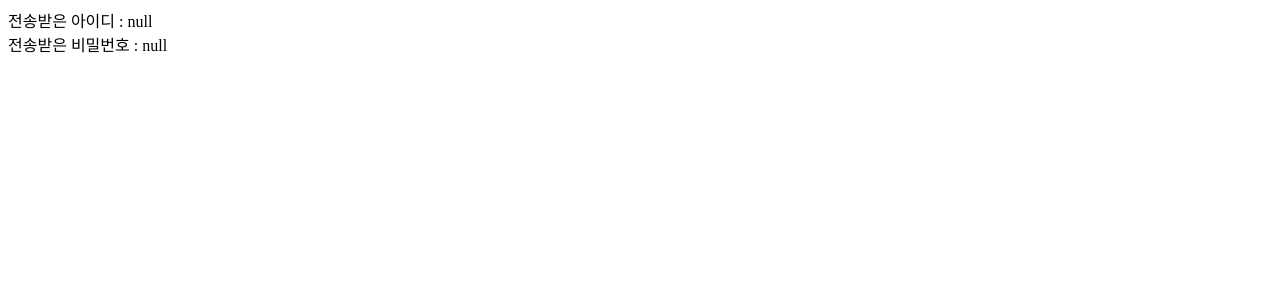
Repository: eun-chongzzz/jsp_practice
Page: http://localhost/JSPBasic/jspObject/1.requests/req_param_getpost.jsp
These files come from the project's save history. The page is drawn as it stood at one moment and after the next save; the edit follows.
The browser window is 1280 px wide. The pictures show the whole page.
The page is served by Tomcat 9.

Above is the page before, as saved 2022-02-03 06:10:58.

After the next save:
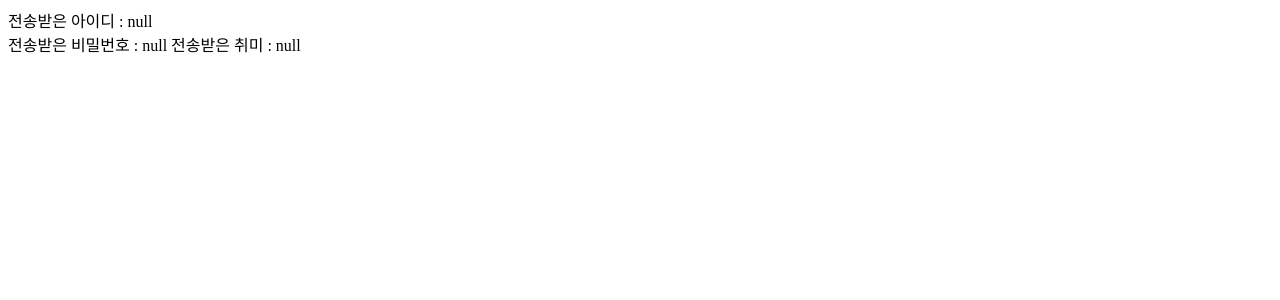
Saved 2 min 45 s later.
--- a/JSPBasic/src/main/webapp/jspObject/1.requests/req_param_getpost.jsp
+++ b/JSPBasic/src/main/webapp/jspObject/1.requests/req_param_getpost.jsp
@@ -5,6 +5,8 @@
 	String id = request.getParameter("apple");
 	// name "banana"에 딸려온 데이터를 변수 pw에 저장 후 body에 출력해보세요.
 	String pw = request.getParameter("banana");
+	// checkbox에 딸려온 데이터를 변수 hobby에 저장 후 body에 줄쳑해보세요.
+	String hobby = request.getParameter("hobby");
 %>
 <!DOCTYPE html>
 <html>
@@ -15,5 +17,6 @@
 <body>
 	전송받은 아이디 : <%=id %><br/>
 	전송받은 비밀번호 : <%=pw %>
+	전송받은 취미 : <%=hobby %>
 </body>
 </html>

After the save that followed:
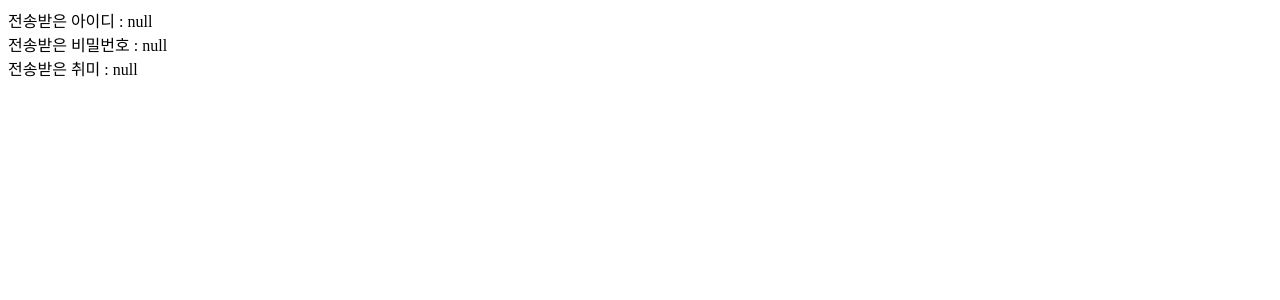
Saved 12 s later.
--- a/JSPBasic/src/main/webapp/jspObject/1.requests/req_param_getpost.jsp
+++ b/JSPBasic/src/main/webapp/jspObject/1.requests/req_param_getpost.jsp
@@ -16,7 +16,7 @@
 </head>
 <body>
 	전송받은 아이디 : <%=id %><br/>
-	전송받은 비밀번호 : <%=pw %>
+	전송받은 비밀번호 : <%=pw %><br/>
 	전송받은 취미 : <%=hobby %>
 </body>
 </html>
